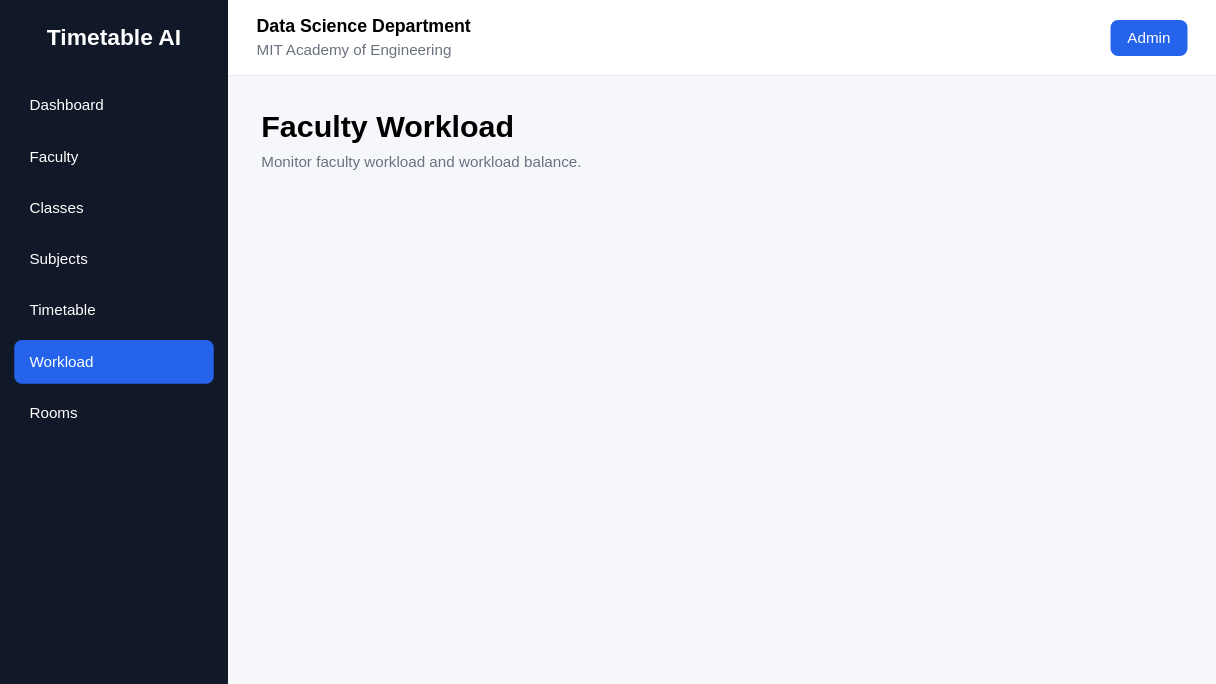
Repository: palak-surana/Intelligent-Timetable-System
Page: /workload (app in frontend/)
An editor plug-in stored every save of this project. The page is shown before and after the next save, followed by the edit.
The browser window is 1280 px wide. The pictures show the whole page, at 95% of full size.
The project was rebuilt for these pictures with package versions that can differ from the ones it lists, and the page was loaded fresh each time. Also part of the build but not shown: frontend/vite.config.js, frontend/src/pages/Dashboard.jsx, frontend/src/pages/Faculty.jsx, frontend/src/pages/Classes.jsx, frontend/src/pages/Subjects.jsx, frontend/src/pages/Timetable.jsx, frontend/src/pages/Rooms.jsx.

Above is the page before, as saved 2026-08-15 22:45:45.

After the next save:
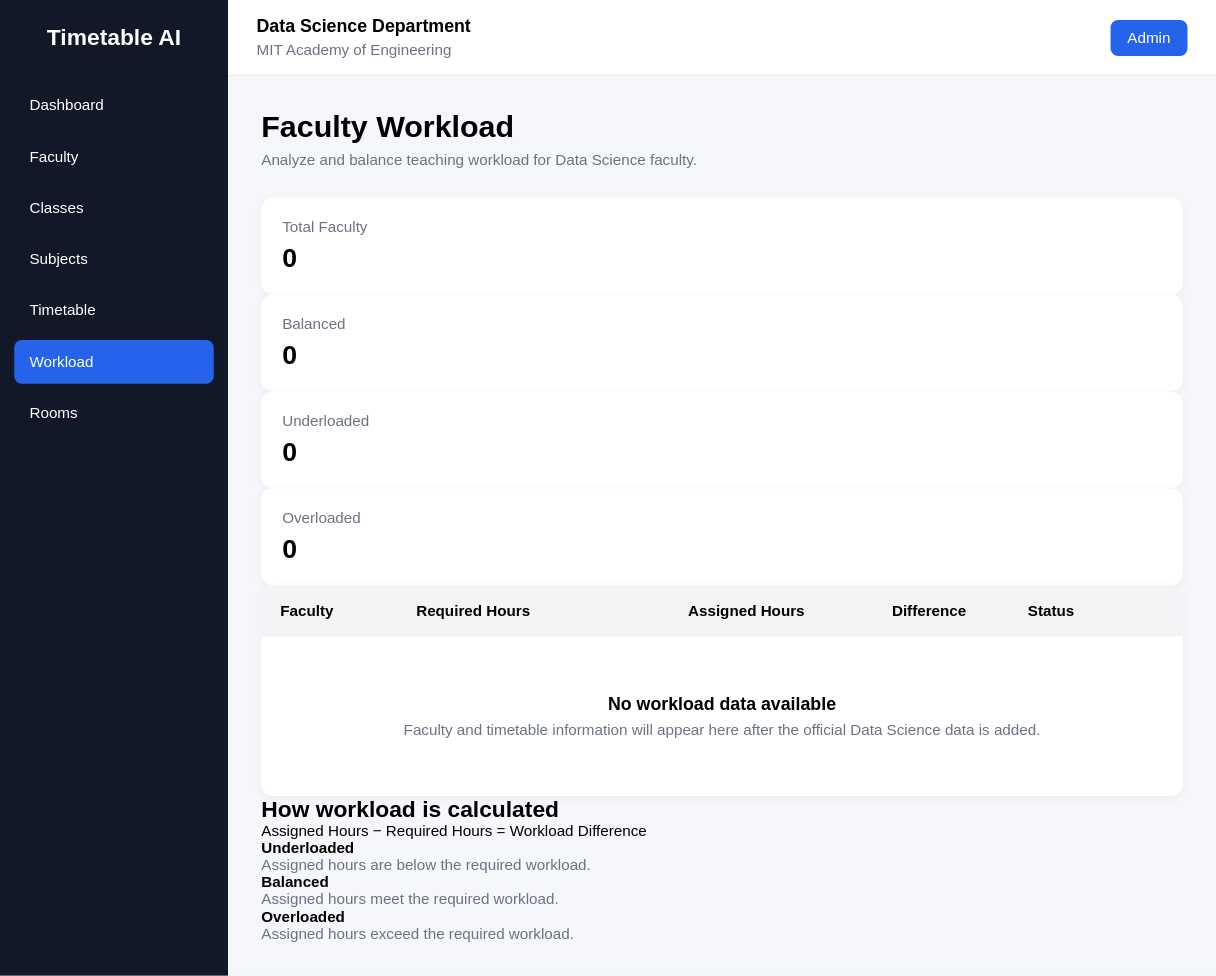
Saved 70 s later.
--- a/frontend/src/pages/Workload.jsx
+++ b/frontend/src/pages/Workload.jsx
@@ -1,8 +1,110 @@
 function Workload() {
+  const workloadData = [];
+
   return (
     <main className="page">
-      <h1>Faculty Workload</h1>
-      <p>Monitor faculty workload and workload balance.</p>
+
+      <div className="page-header">
+        <div>
+          <h1>Faculty Workload</h1>
+          <p>
+            Analyze and balance teaching workload for Data Science faculty.
+          </p>
+        </div>
+      </div>
+
+      {/* Summary */}
+      <div className="workload-summary">
+
+        <div className="summary-card">
+          <span>Total Faculty</span>
+          <strong>{workloadData.length}</strong>
+        </div>
+
+        <div className="summary-card">
+          <span>Balanced</span>
+          <strong>0</strong>
+        </div>
+
+        <div className="summary-card">
+          <span>Underloaded</span>
+          <strong>0</strong>
+        </div>
+
+        <div className="summary-card">
+          <span>Overloaded</span>
+          <strong>0</strong>
+        </div>
+
+      </div>
+
+      {/* Workload Table */}
+      <div className="faculty-table">
+
+        <div className="table-header workload-header">
+          <span>Faculty</span>
+          <span>Required Hours</span>
+          <span>Assigned Hours</span>
+          <span>Difference</span>
+          <span>Status</span>
+        </div>
+
+        {workloadData.length === 0 ? (
+
+          <div className="empty-state">
+            <h3>No workload data available</h3>
+            <p>
+              Faculty and timetable information will appear here
+              after the official Data Science data is added.
+            </p>
+          </div>
+
+        ) : (
+
+          workloadData.map((faculty) => (
+            <div className="table-row" key={faculty.id}>
+              <span>{faculty.name}</span>
+              <span>{faculty.required} hrs</span>
+              <span>{faculty.assigned} hrs</span>
+              <span>{faculty.difference} hrs</span>
+              <span>{faculty.status}</span>
+            </div>
+          ))
+
+        )}
+
+      </div>
+
+      {/* Explanation */}
+      <div className="workload-info">
+
+        <h2>How workload is calculated</h2>
+
+        <div className="formula">
+          Assigned Hours − Required Hours = Workload Difference
+        </div>
+
+        <div className="workload-rules">
+
+          <div>
+            <strong>Underloaded</strong>
+            <p>Assigned hours are below the required workload.</p>
+          </div>
+
+          <div>
+            <strong>Balanced</strong>
+            <p>Assigned hours meet the required workload.</p>
+          </div>
+
+          <div>
+            <strong>Overloaded</strong>
+            <p>Assigned hours exceed the required workload.</p>
+          </div>
+
+        </div>
+
+      </div>
+
     </main>
   );
 }
